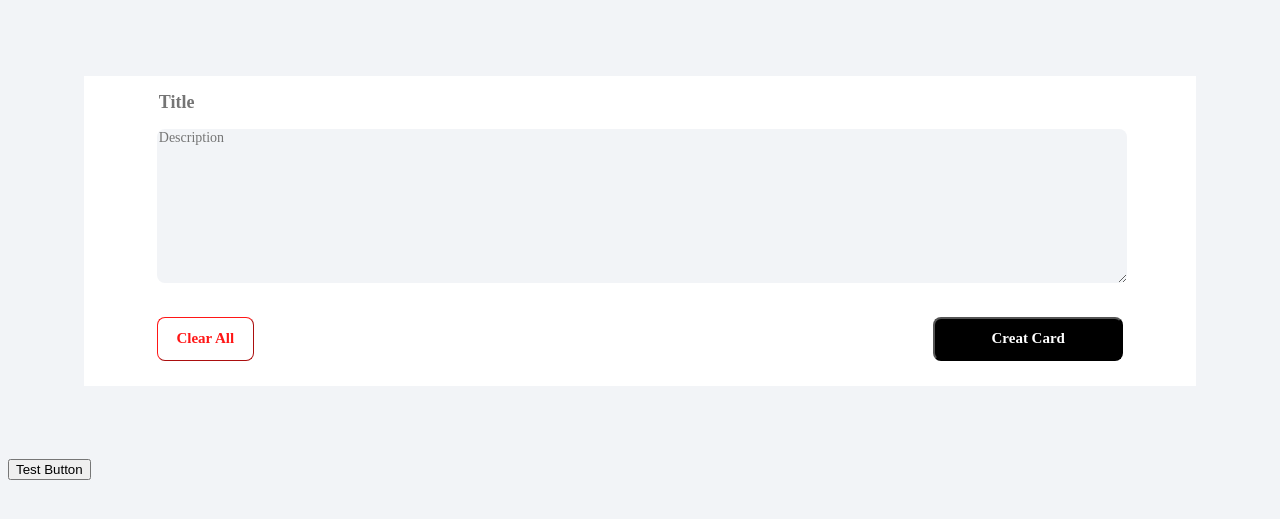
Repository: ReyhanehRahmani/TO-DO
Page: index.html
These files come from the project's save history. The page is drawn as it stood at one moment and after the next save; the edit follows.
The browser window is 1280 px wide. The pictures show the whole page.

Above is the page before, as saved 2025-06-08 00:50:39.

After the next save:
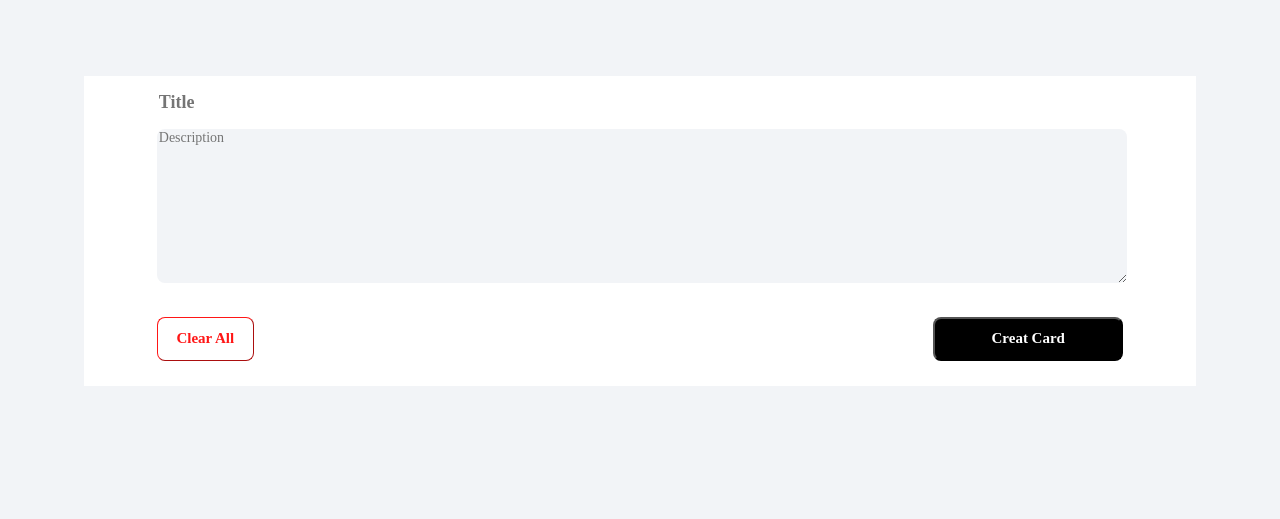
Saved 2 s later.
--- a/index.html
+++ b/index.html
@@ -31,7 +31,5 @@
                 </div>
             </div>
         </div>
-        <button id="testBtn">Test Button</button>
-
         <script src="script.js"></script>
     </body>
